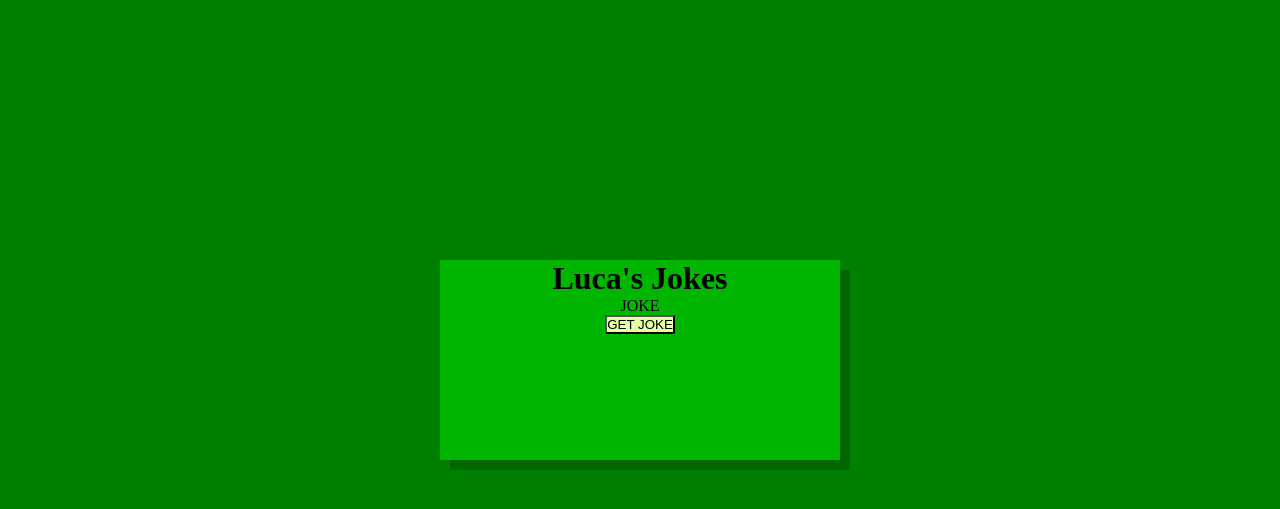
Repository: SerbanLuca/ChuckNorrisJokes-app
Page: /
These files come from the project's save history. The page is drawn as it stood at one moment and after a run of saves; the edit follows.
The browser window is 1280 px wide. The pictures show the whole page.
The page's requests for data from a server got no answer. The project was rebuilt for these pictures with package versions that can differ from the ones it lists, and the page was loaded fresh each time. No one was signed in, and anything a server would have sent is missing.

Above is the page before, as saved 2021-04-07 13:54:47.

After the next 2 saves:
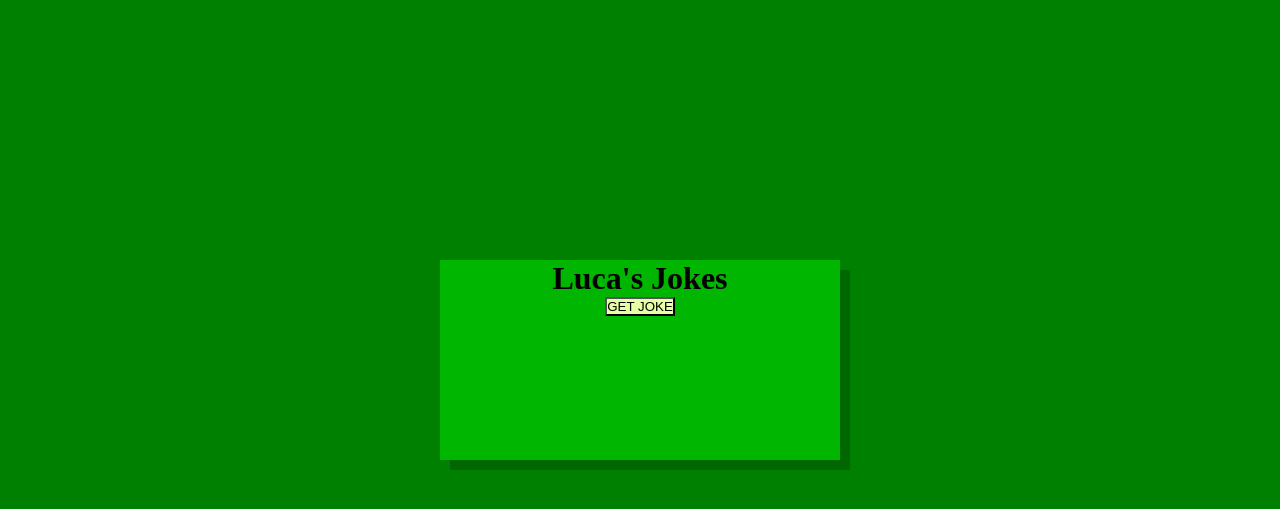
The 2 saves are shown as one change because they came seconds apart.
The last was saved 12 s later.
--- a/src/App.js
+++ b/src/App.js
@@ -17,7 +17,7 @@ function App() {
     <>
       <div className="container">
         <h1>Luca's Jokes</h1>
-        <p>JOKE</p>
+        <p>{joke}</p>
         <button className="button">GET JOKE</button>
       </div>
     </>
